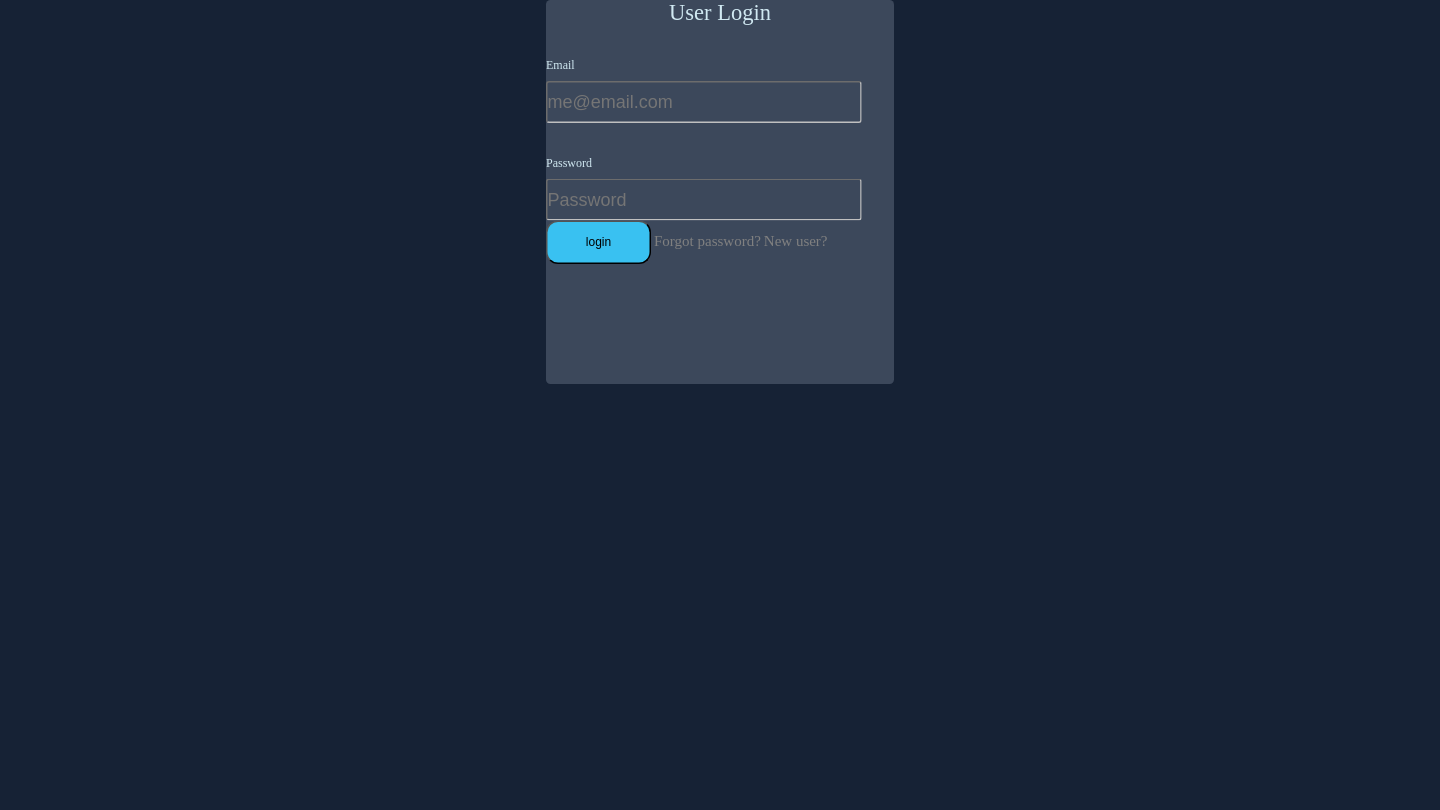
Repository: leystra019/nea
Page: html/user login.html
These files come from the project's save history. The page is drawn as it stood at one moment and after the next save; the edit follows.
The browser window is 1280 px wide. The page is 1920 px wide, so the pictures cover 1920 px, including what lies to the right of the window. The pictures show the whole page, at 75% of full size.

Above is the page before, as saved 2022-12-12 09:56:37.

After the next save:
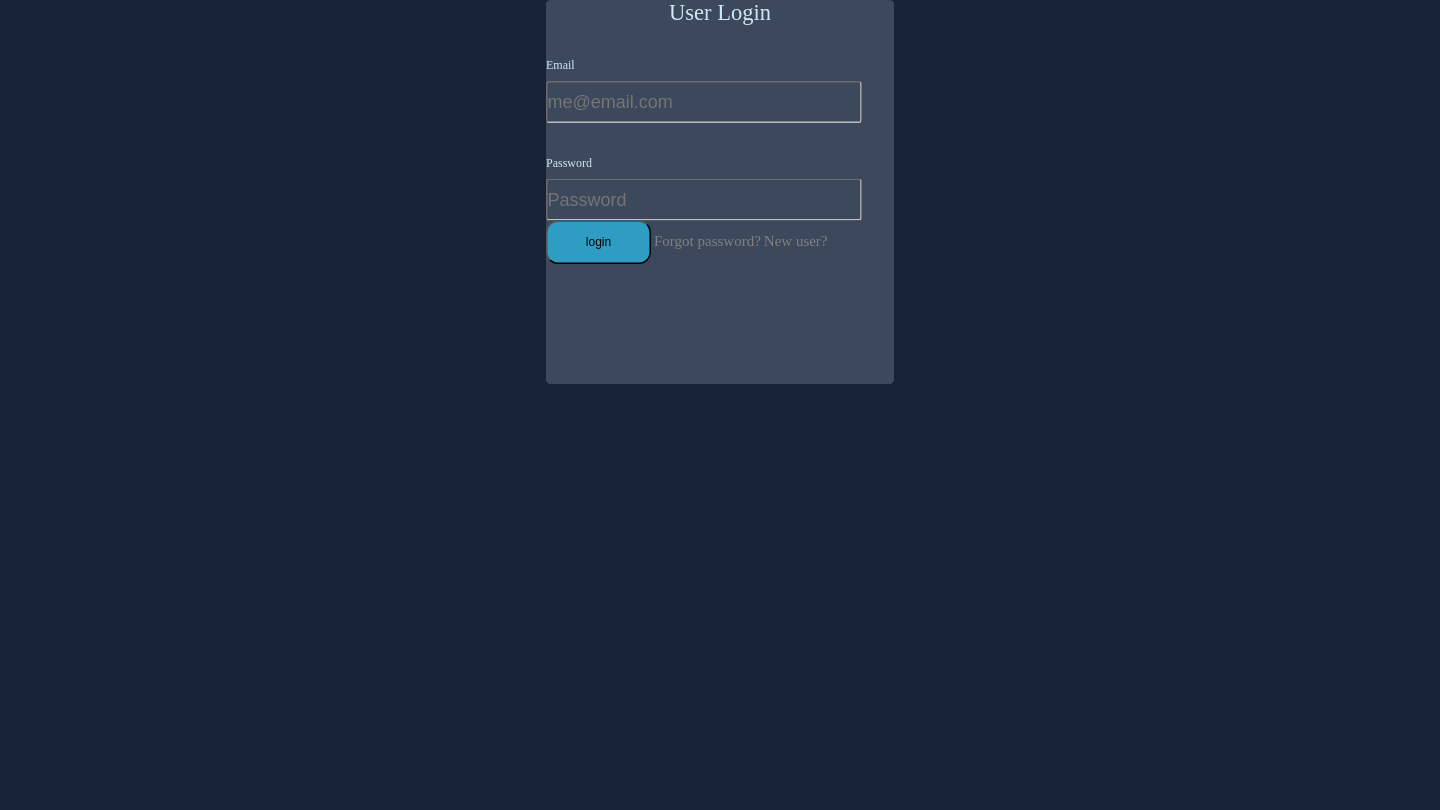
Saved 20 s later.
--- a/css/login.css
+++ b/css/login.css
@@ -70,7 +70,7 @@ b {
   margin-bottom: 40px;
   width: 140px;
   height: 58px;
-  background-color: #39C1F1;
+  background-color: #2F9CC3;
   text-align: center;
   border-radius: 16px;
   font-size: 16px;
